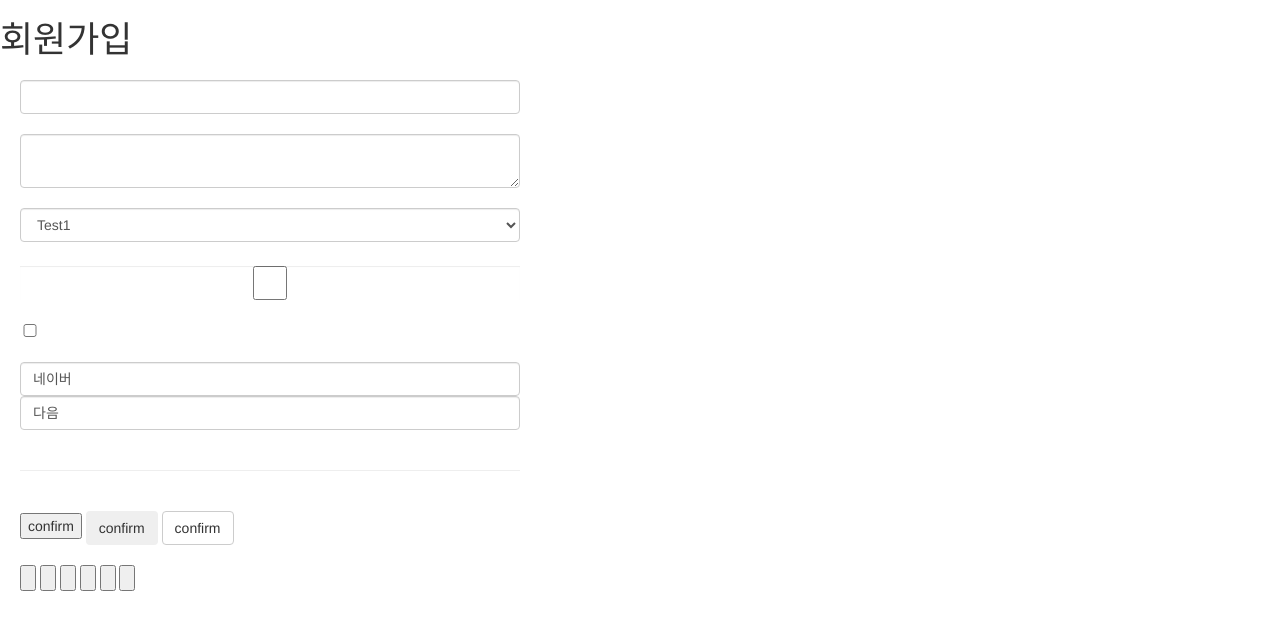
Repository: yhj4130/BootstrapStudy
Page: BootstrapWork/WebContent/BootEx03.html
An editor plug-in stored every save of this project. The page is shown before and after the next save, followed by the edit.
The browser window is 1280 px wide. The pictures show the whole page.

Above is the page before, as saved 2019-06-12 02:17:15.

### BootstrapWork/WebContent/BootEx03.html
<!DOCTYPE html>
<html>
<head>
<meta charset="UTF-8">
<title>BootEx03.html</title>

<link rel="stylesheet" href="css/bootstrap.css">
<script type="text/javascript" src="js/jquery-3.4.1.min.js"></script>
<script type="text/javascript" src="js/bootstrap.min.js"></script>

</head>
<body>

<h1>회원가입</h1>

<form action="" style="width: 500px; margin: 20px;">

	<input type="text" class="form-control">
	<br>

	<textarea rows="" cols="" class="form-control"></textarea>
	<br>

	<select class="form-control">
		<option>Test1</option>
		<option>Test2</option>
		<option>Test3</option>
		<option>Test4</option>
	</select>
	<br>

	<input type="checkbox" class="form-control">
	<br>

	<input type="checkbox" style="width: 20px;">
	<br><br>

	<a href="#" class="form-control">네이버</a>
	<a href="#" class="form-control">다음</a>

	<br><hr><br>

	<input type="button" value="confirm">
	<input type="button" value="confirm" class="btn">
	<input type="button" value="confirm" class="btn btn-default">
	<br><br>

	<input type="button">
	<input type="button">
	<input type="button">
	<input type="button">
	<input type="button">
	<input type="button">
	<br><br>
</form>

</body>
</html>

Loaded but not shown: BootstrapWork/WebContent/css/bootstrap.css (library); BootstrapWork/WebContent/js/jquery-3.4.1.min.js (library); BootstrapWork/WebContent/js/bootstrap.min.js (library)

After the next save:
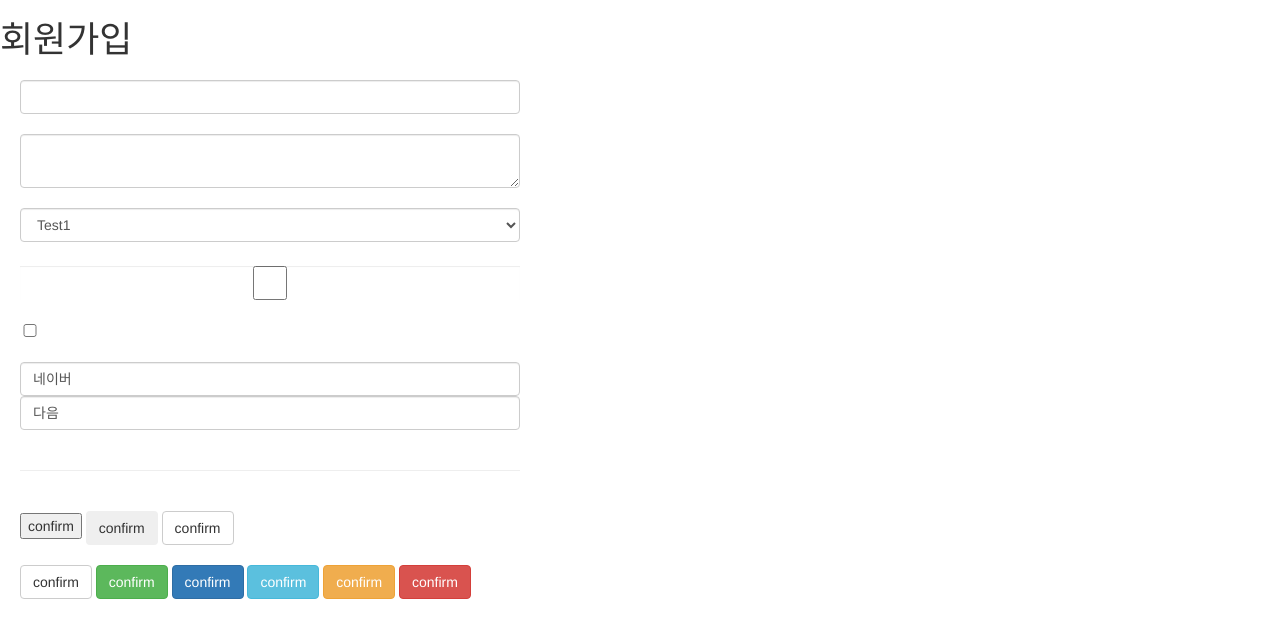
Saved 2 min 13 s later.
--- a/BootstrapWork/WebContent/BootEx03.html
+++ b/BootstrapWork/WebContent/BootEx03.html
@@ -45,12 +45,12 @@
 	<input type="button" value="confirm" class="btn btn-default">
 	<br><br>
 
-	<input type="button">
-	<input type="button">
-	<input type="button">
-	<input type="button">
-	<input type="button">
-	<input type="button">
+	<input type="button" value="confirm" class="btn btn-default">
+	<input type="button" value="confirm" class="btn btn-success">
+	<input type="button" value="confirm" class="btn btn-primary">
+	<input type="button" value="confirm" class="btn btn-info">
+	<input type="button" value="confirm" class="btn btn-warning">
+	<input type="button" value="confirm" class="btn btn-danger">
 	<br><br>
 </form>
 
